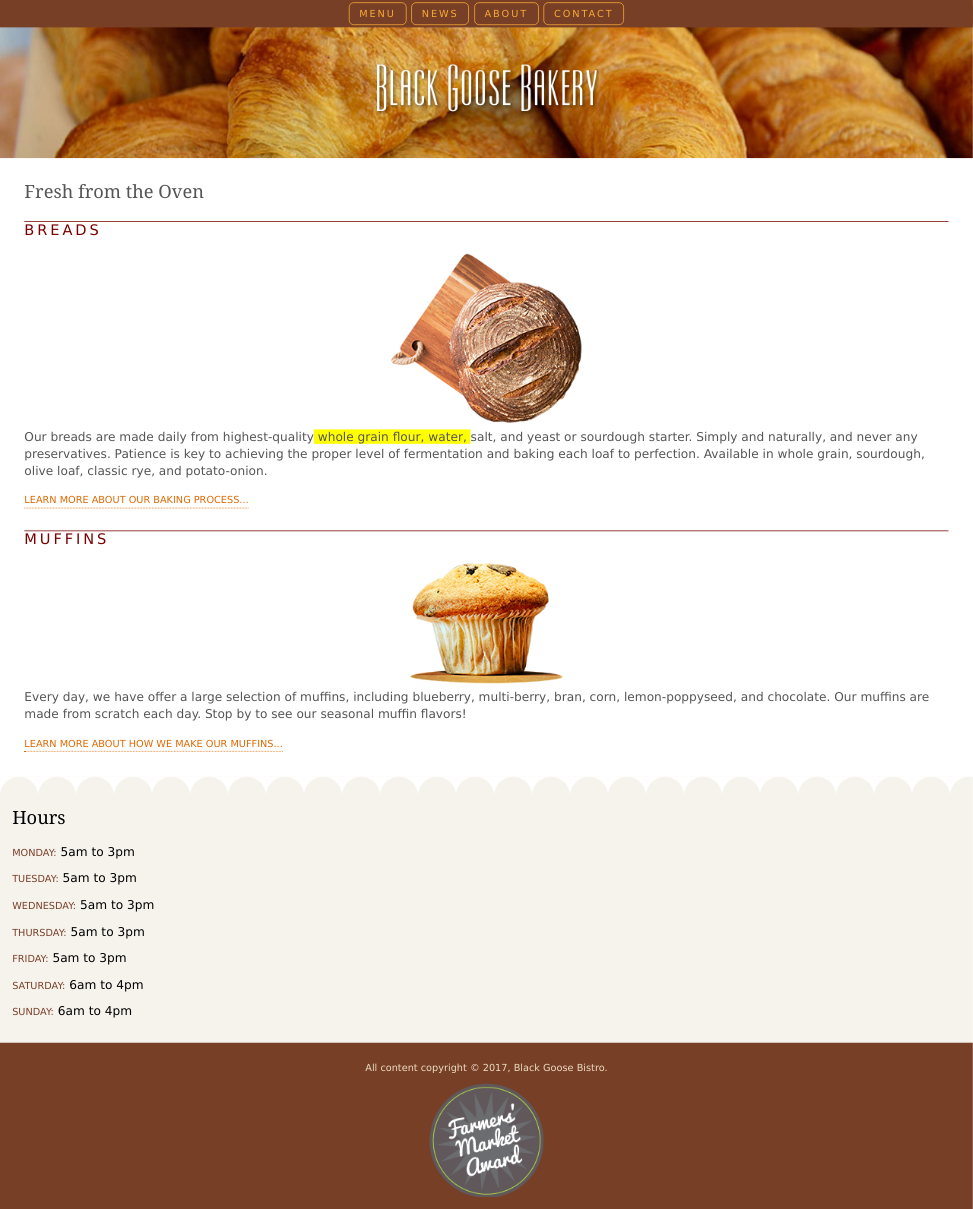
Repository: Colo-Codes/code-practice
Page: 02-css-practice-9.html
These files come from the project's save history. The page is drawn as it stood at one moment and after the next save; the edit follows.
The browser window is 1280 px wide. The pictures show the whole page, at 76% of full size.
Some web fonts or font styles are not loaded; a fallback is used.

Above is the page before, as saved 2021-06-04 12:24:27.

After the next save:
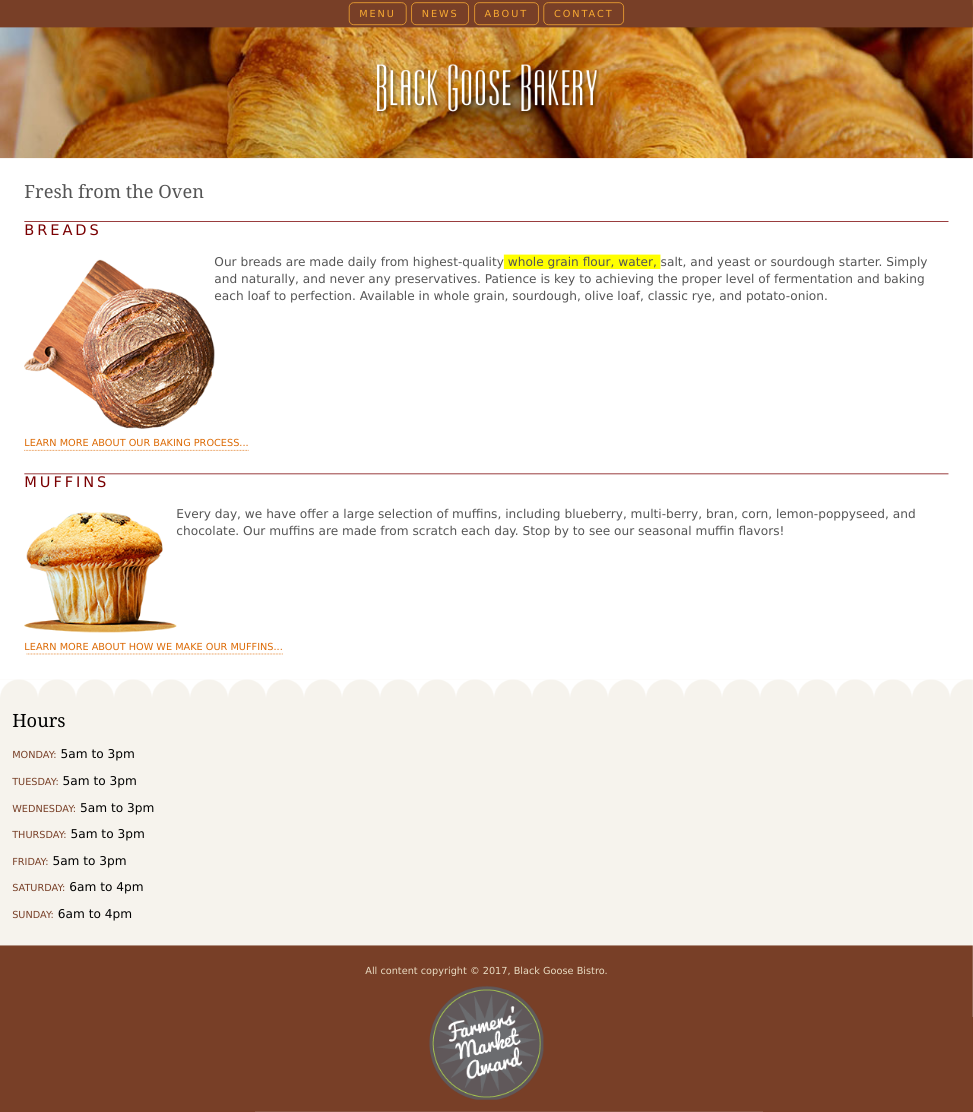
Saved 3 min 2 s later.
--- a/css/02-css-practice-9.css
+++ b/css/02-css-practice-9.css
@@ -149,3 +149,9 @@ footer {
           justify-content: center;
       }
 }
+
+@media screen and (min-width: 480px) {
+    main img {
+        float: left;
+    }
+}
